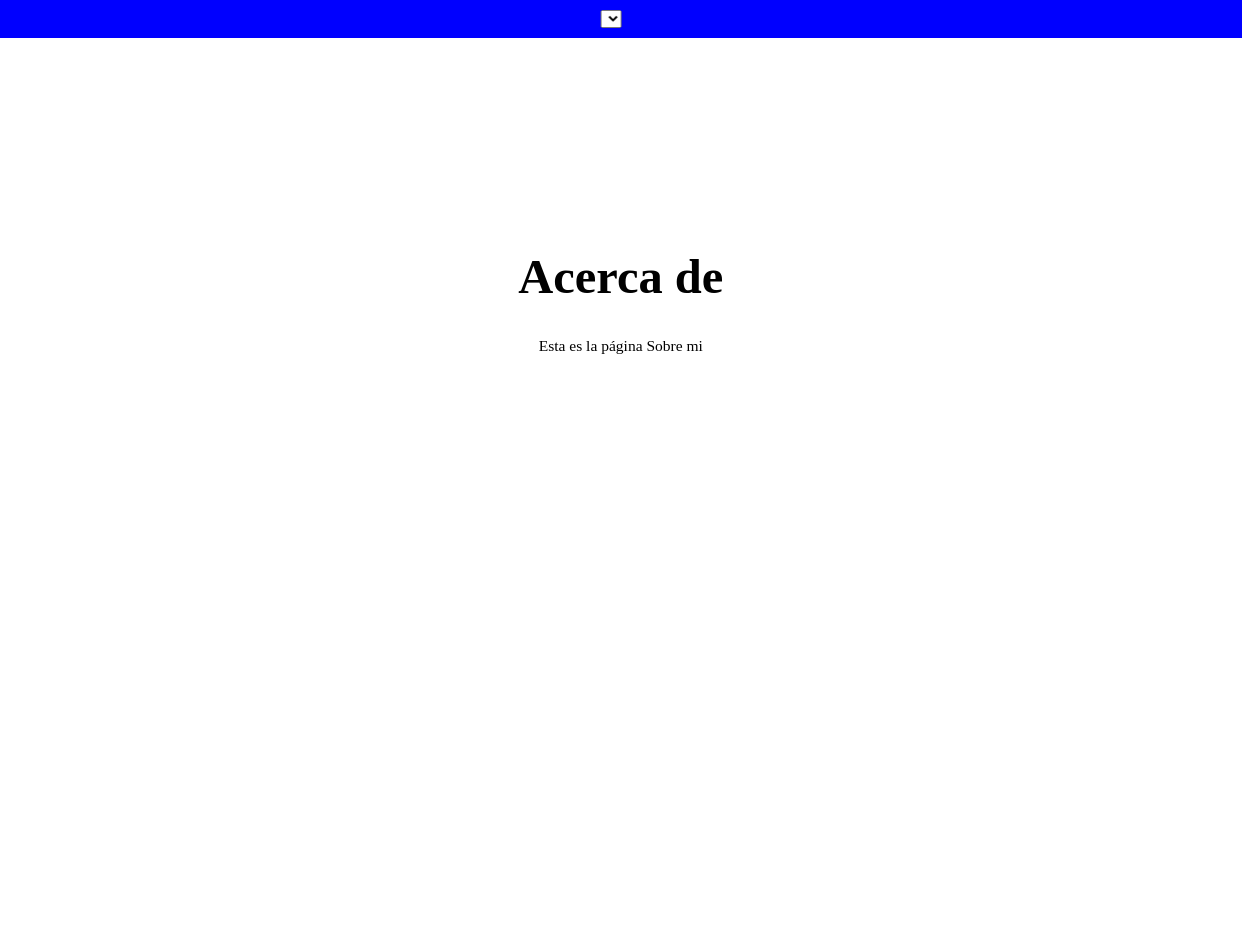
Repository: izhanlaraagarcia/izhanlaraagarcia.github.io
Page: /sobre-mi (app in vite-project/)
An editor plug-in stored every save of this project. The page is shown before and after the next save, followed by the edit.
The browser window is 1280 px wide. The pictures show the whole page, at 97% of full size.
The project was rebuilt for these pictures with package versions that can differ from the ones it lists, and the page was loaded fresh each time. Also part of the build but not shown: vite-project/vite.config.js, vite-project/src/Home/Styles/estilos.css, vite-project/src/Componentes-Generales/banner.jsx, vite-project/src/Componentes-Generales/styles/footer.css, vite-project/src/Componentes-Generales/footer.jsx, vite-project/src/Home/Inicio.jsx, vite-project/src/pages/Contact/contact.jsx.

Above is the page before, as saved 2024-07-11 19:31:32.

After the next save:
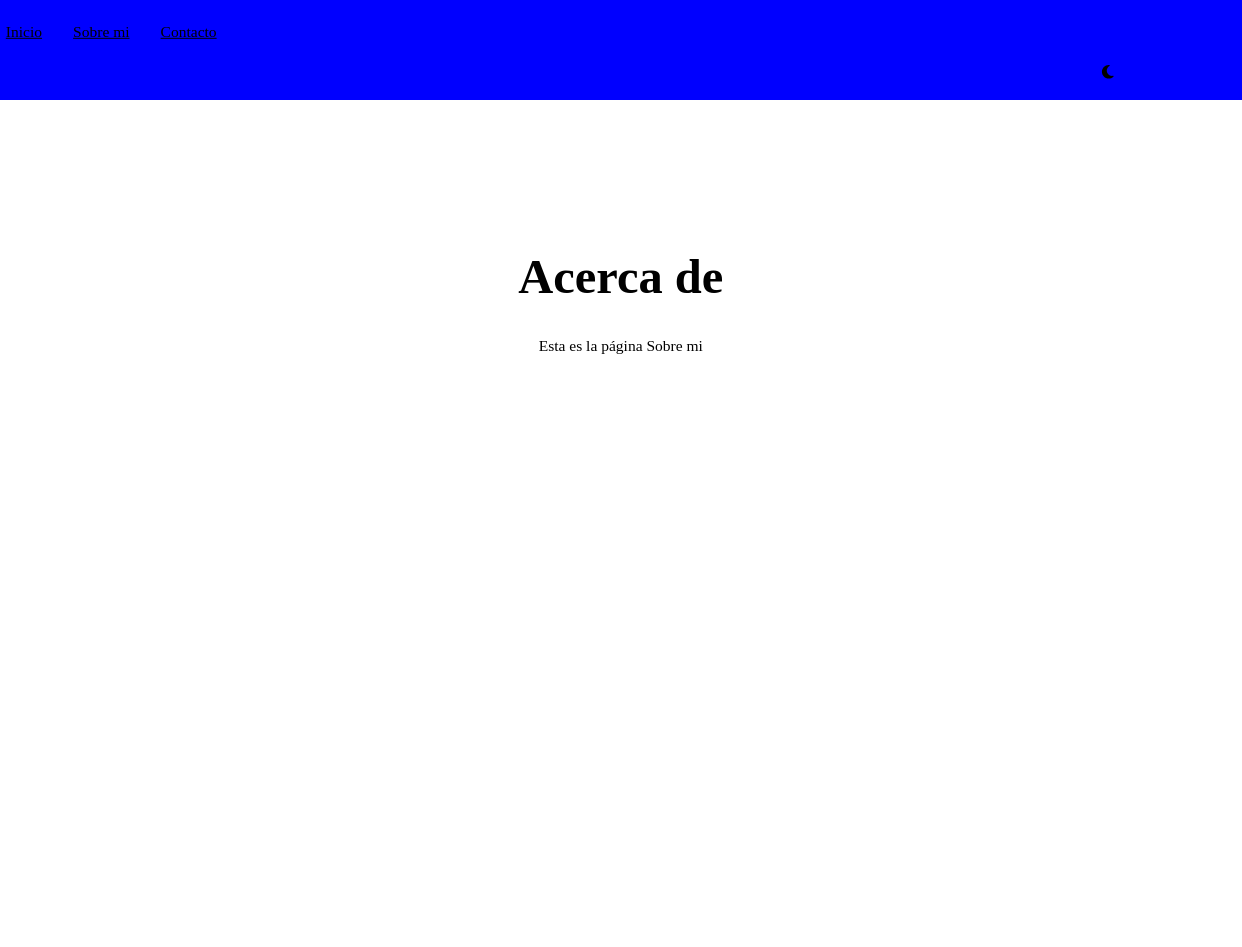
Saved 16 s later.
--- a/vite-project/src/Componentes-Generales/menu.jsx
+++ b/vite-project/src/Componentes-Generales/menu.jsx
@@ -9,11 +9,9 @@ class Menu extends React.Component {
     return (
       <header>
         <nav>
-          <select>
-          <Link to="/">Inicio</Link>
-
           <ul>
             <li>
+              <Link to="/">Inicio</Link>
             </li>
             <li>
               <Link to="/sobre-mi">Sobre mi</Link>
@@ -22,10 +20,9 @@ class Menu extends React.Component {
               <Link to="/contacto">Contacto</Link>
             </li>
             <li>
-              <TemaComponent />
+              <TemaComponent/>
             </li>
           </ul>
-          </select>
         </nav>
       </header>
     );
